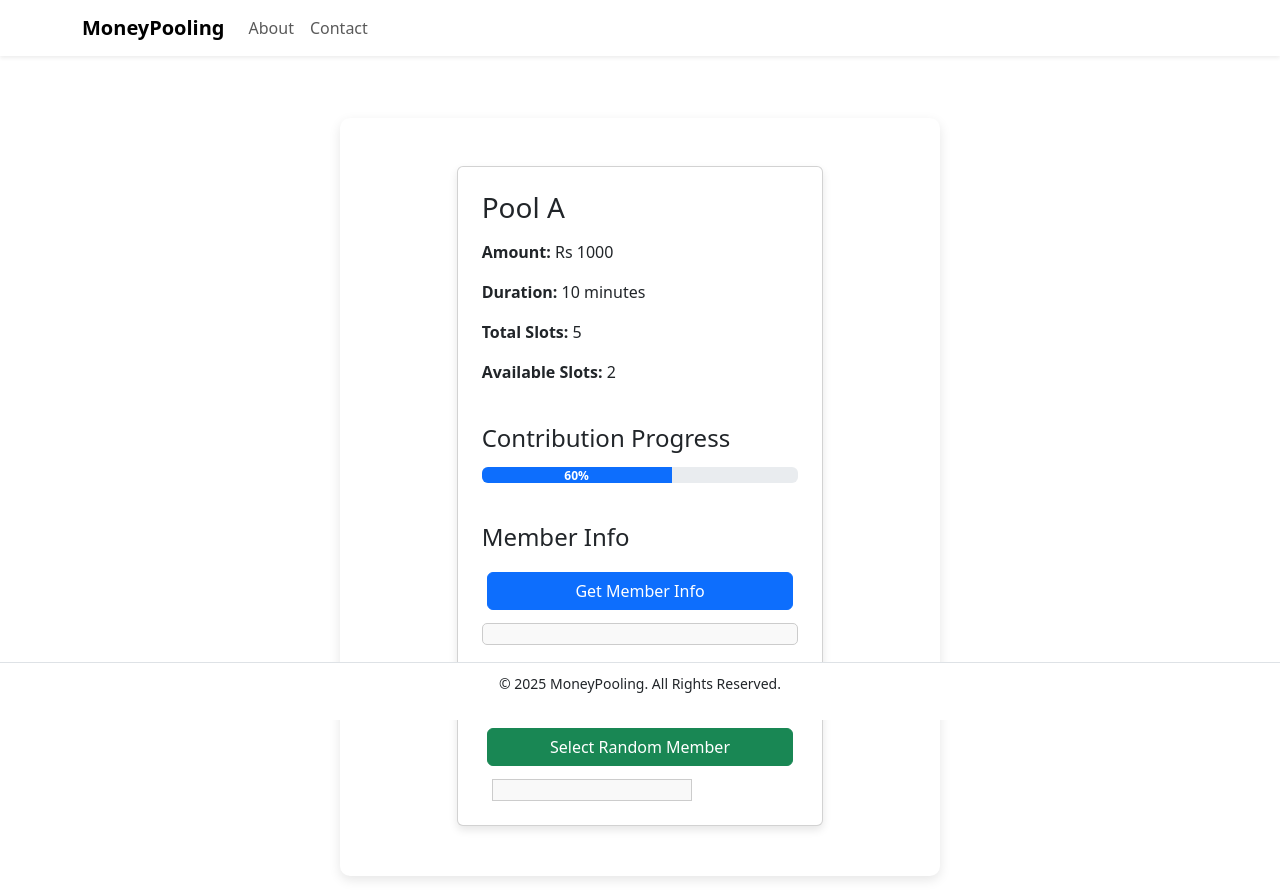
Repository: xxgautm420/MoneyPool
Page: http://localhost/progress
The author's editor kept a copy of each file at every save. The page is drawn from the files as they stood at one save, then again after the next save.
The browser window is 1280 px wide. The pictures show the whole page.
The page is served by the project's application, run on Flask 3 (app.py).

Above is the page before, as saved 2025-03-02 13:42:05.

After the next save:
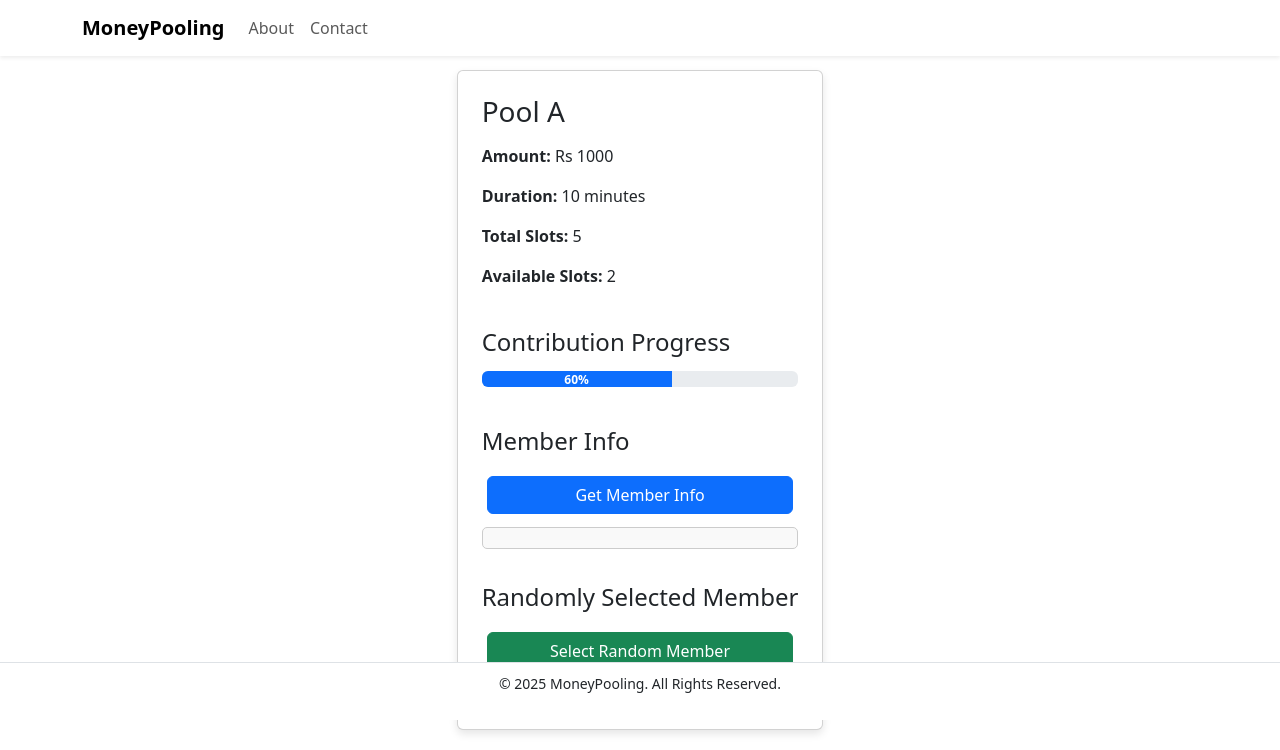
Saved 7 s later.
--- a/templates/progress.html
+++ b/templates/progress.html
@@ -59,7 +59,6 @@
     </div>
 
     <!-- Main Content -->
-    <div class="main-container mt-5 pt-5">
         <div class="card p-4">
             <h3 id="poolName">Pool A</h3>
             <p><strong>Amount:</strong> Rs <span id="poolAmount">1000</span></p>
